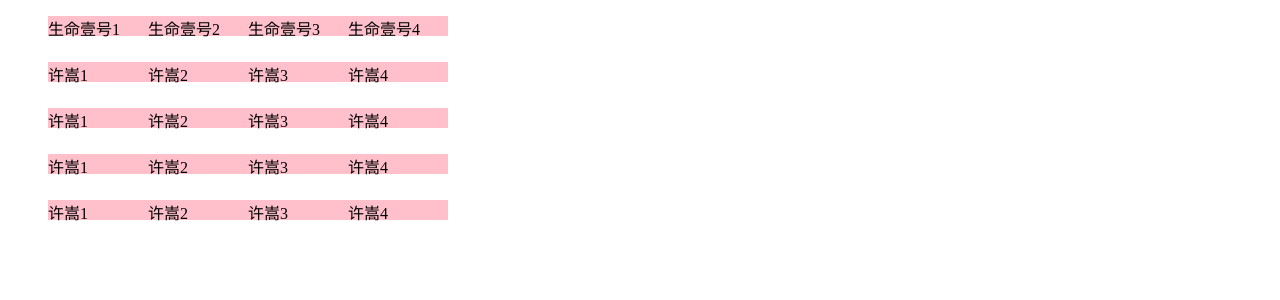
Repository: KaibutsuSama/CodePracticeExample
Page: Html5+Css3/Css3/04.浮动/04.浮动清除.html
These files come from the project's save history. The page is drawn as it stood at one moment and after the next save; the edit follows.
The browser window is 1280 px wide. The pictures show the whole page.

Above is the page before, as saved 2023-01-29 23:58:59.

### Html5+Css3/Css3/04.浮动/04.浮动清除.html
<!DOCTYPE html>
<html lang="en">
<head>
	<meta charset="UTF-8">
	<title>Document</title>
	<style type="text/css">
		*{
            list-style: none;
		}

        div{
            height: 30px;
        }

		li{
			float: left;
			width: 100px;
			height: 20px;
			background-color: pink;
		}
	</style>
</head>
<body>
	<div class="box1">
		<ul>
			<li>生命壹号1</li>
			<li>生命壹号2</li>
			<li>生命壹号3</li>
			<li>生命壹号4</li>
		</ul>
	</div>
	<div class="box2">
		<ul>
			<li>许嵩1</li>
			<li>许嵩2</li>
			<li>许嵩3</li>
			<li>许嵩4</li>
		</ul>
	</div>
	<div class="box3">
		<ul>
			<li>许嵩1</li>
			<li>许嵩2</li>
			<li>许嵩3</li>
			<li>许嵩4</li>
		</ul>
	</div>
	<div class="box4">
		<ul>
			<li>许嵩1</li>
			<li>许嵩2</li>
			<li>许嵩3</li>
			<li>许嵩4</li>
		</ul>
	</div>
	<div class="box5">
		<ul>
			<li>许嵩1</li>
			<li>许嵩2</li>
			<li>许嵩3</li>
			<li>许嵩4</li>
		</ul>
	</div>
</body>
</html>

After the next save:
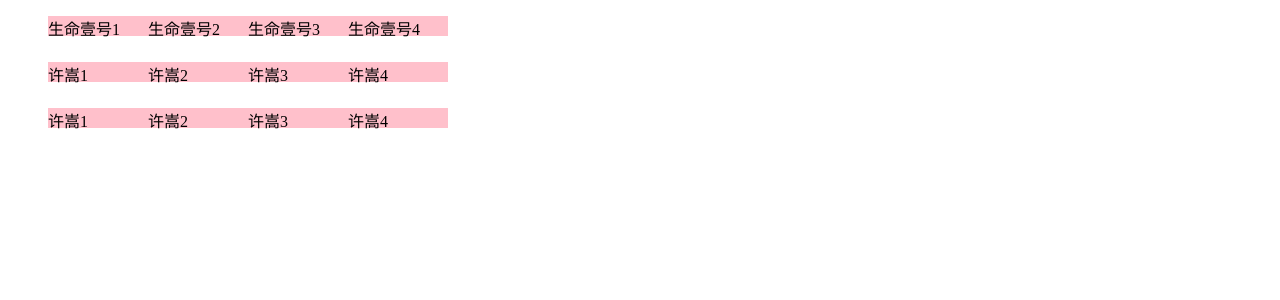
Saved 14 s later.
--- a/Html5+Css3/Css3/04.浮动/04.浮动清除.html
+++ b/Html5+Css3/Css3/04.浮动/04.浮动清除.html
@@ -18,6 +18,7 @@
 			height: 20px;
 			background-color: pink;
 		}
+
 	</style>
 </head>
 <body>
@@ -45,21 +46,5 @@
 			<li>许嵩4</li>
 		</ul>
 	</div>
-	<div class="box4">
-		<ul>
-			<li>许嵩1</li>
-			<li>许嵩2</li>
-			<li>许嵩3</li>
-			<li>许嵩4</li>
-		</ul>
-	</div>
-	<div class="box5">
-		<ul>
-			<li>许嵩1</li>
-			<li>许嵩2</li>
-			<li>许嵩3</li>
-			<li>许嵩4</li>
-		</ul>
-	</div>
 </body>
 </html>
